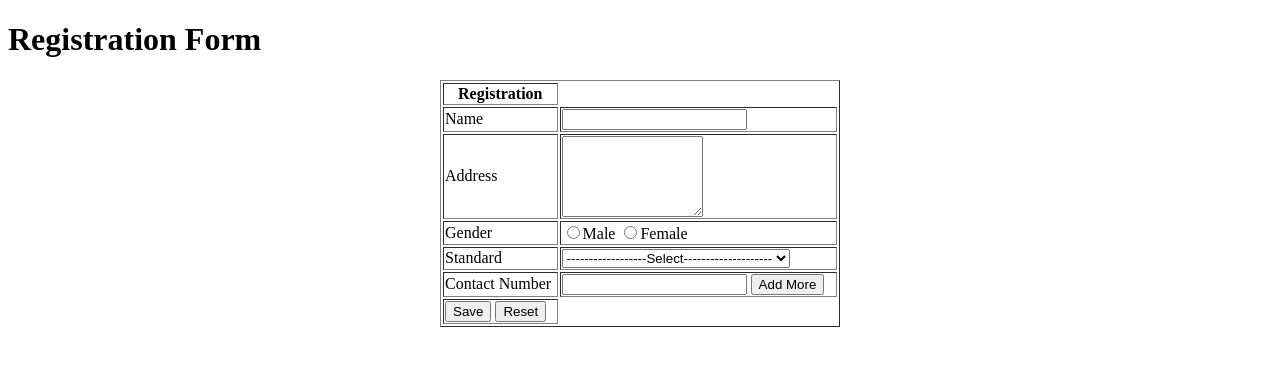
Repository: nsbgit/JavaTutorial
Page: http://localhost/2ndBatch/
The author's editor kept a copy of each file at every save. The page is drawn from the files as they stood at one save, then again after the next save.
The browser window is 1280 px wide. The pictures show the whole page.
The page is served by Tomcat 9.

Above is the page before, as saved 2013-12-17 20:15:26.

After the next save:
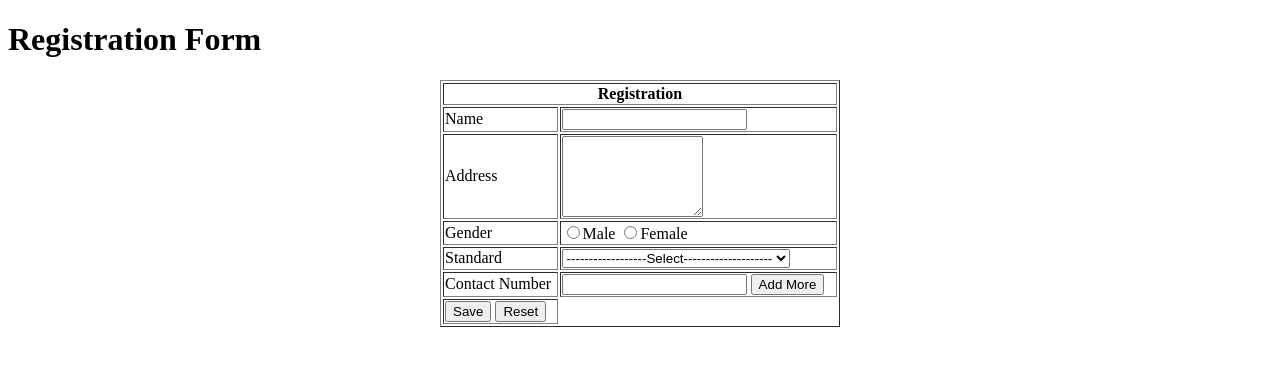
Saved 3 min 26 s later.
--- a/Webel Daily Home/J2EE Webel Tutorial Class/2ndBatch/WebContent/1st.jsp
+++ b/Webel Daily Home/J2EE Webel Tutorial Class/2ndBatch/WebContent/1st.jsp
@@ -21,7 +21,7 @@
 			<%--
 			This tag is used for creation of a new row
 			 --%>
-				<th align="center">Registration</th> <%-- This tag is used for table header --%>
+				<th align="center" colspan="2">Registration</th> <%-- This tag is used for table header --%>
 			</tr>
 
 			<tr>
